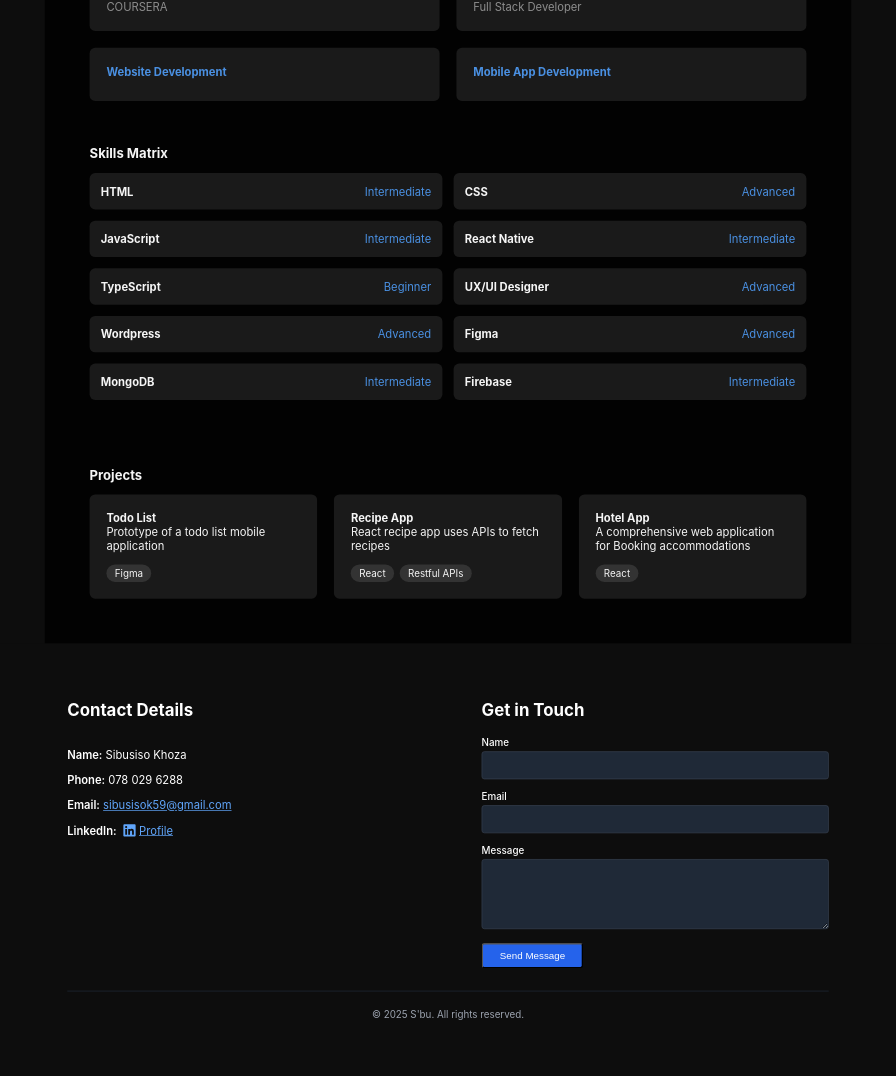
Repository: SbuKhoza/portfolio
Page: /
The author's editor kept a copy of each file at every save. The page is drawn from the files as they stood at one save, then again after a run of saves.
The browser window is 1280 px wide. The pictures show the part of the page from y = 996 to 2916 px (the page is 2533 px tall before and 2916 px after), at 70% of full size.
The project was rebuilt for these pictures with package versions that can differ from the ones it lists, and the page was loaded fresh each time. Also part of the build but not shown: src/pages/About.js, src/pages/Portfolio.js. Imported but missing from the stored project, and not drawn on this page: src/assets/SibusisoKhozaResume.pdf.

Above is the page before, as saved 2025-02-06 14:40:47.

After the next 3 saves:
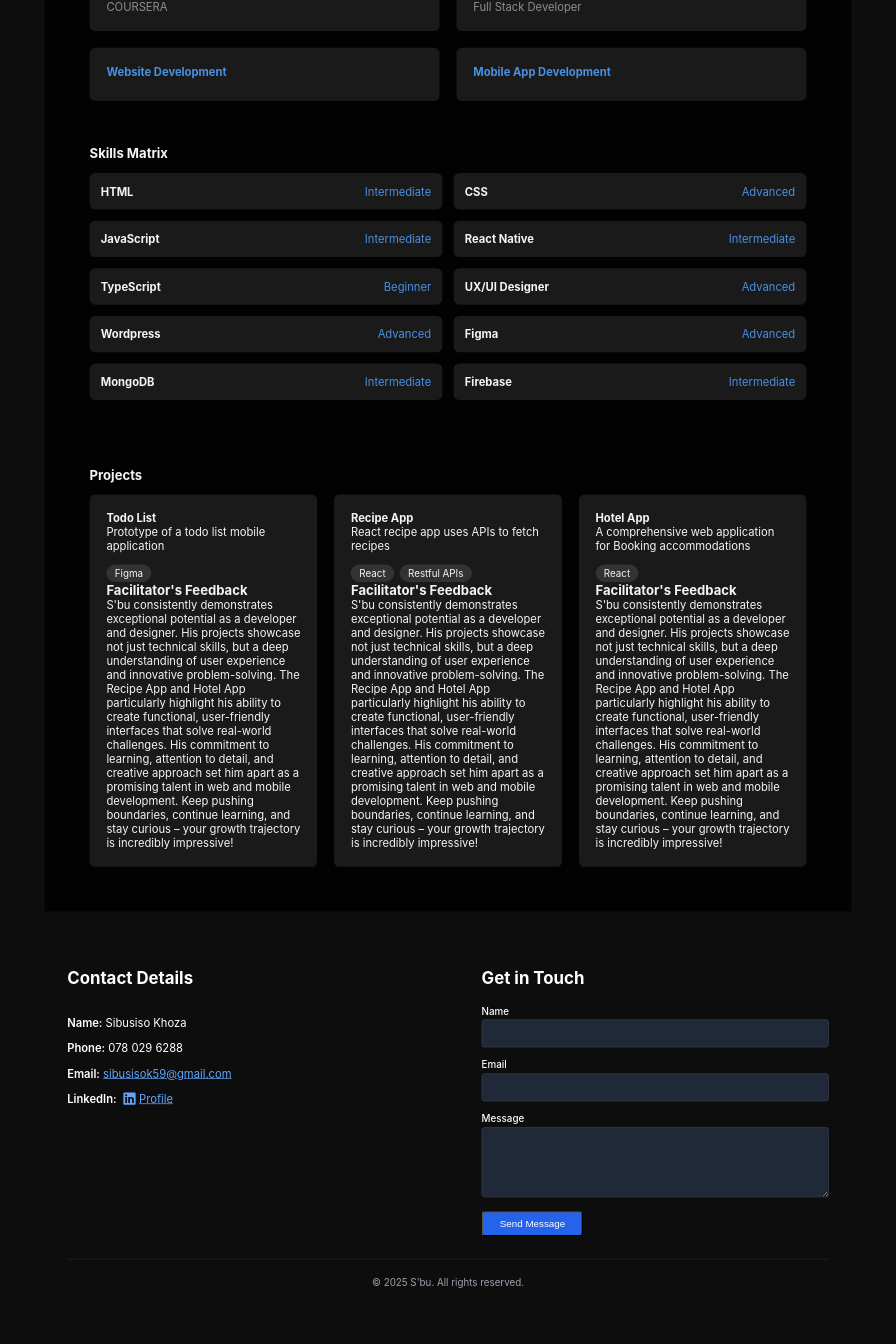
The 3 saves are shown as one change because they came seconds apart.
The last was saved 7 s later.
--- a/src/components/Bodysection.js
+++ b/src/components/Bodysection.js
@@ -159,7 +159,19 @@
                   ))}
                 </div>
 
-
+                <div className="facilitator-feedback">
+            <h3>Facilitator's Feedback</h3>
+            <p>
+              S'bu consistently demonstrates exceptional potential as a developer and designer.
+              His projects showcase not just technical skills, but a deep understanding of user
+              experience and innovative problem-solving. The Recipe App and Hotel App particularly
+              highlight his ability to create functional, user-friendly interfaces that solve real-world
+              challenges. His commitment to learning, attention to detail, and creative approach
+              set him apart as a promising talent in web and mobile development. Keep pushing
+              boundaries, continue learning, and stay curious – your growth trajectory is incredibly
+              impressive!
+            </p>
+          </div>
 
               </div>
             ))}

After the save that followed:
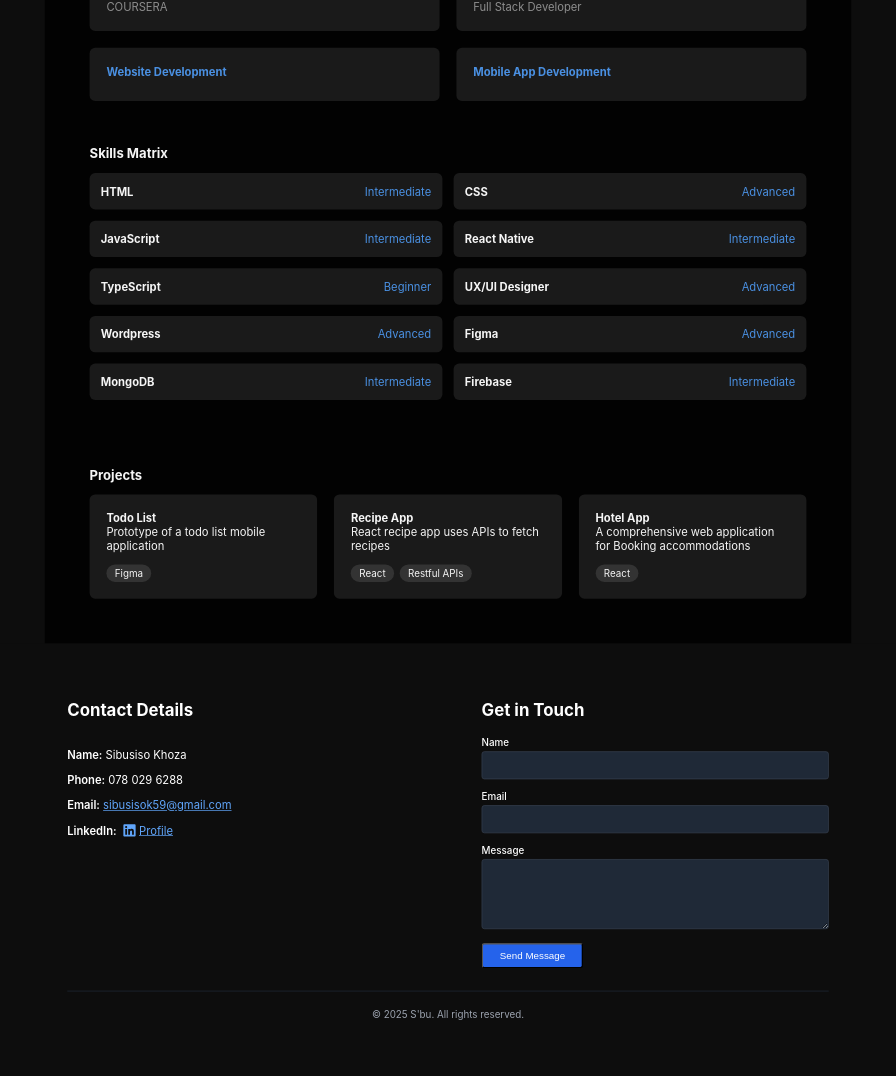
Saved 21 s later.
--- a/src/components/Bodysection.js
+++ b/src/components/Bodysection.js
@@ -159,19 +159,7 @@
                   ))}
                 </div>
 
-                <div className="facilitator-feedback">
-            <h3>Facilitator's Feedback</h3>
-            <p>
-              S'bu consistently demonstrates exceptional potential as a developer and designer.
-              His projects showcase not just technical skills, but a deep understanding of user
-              experience and innovative problem-solving. The Recipe App and Hotel App particularly
-              highlight his ability to create functional, user-friendly interfaces that solve real-world
-              challenges. His commitment to learning, attention to detail, and creative approach
-              set him apart as a promising talent in web and mobile development. Keep pushing
-              boundaries, continue learning, and stay curious – your growth trajectory is incredibly
-              impressive!
-            </p>
-          </div>
+
 
               </div>
             ))}
